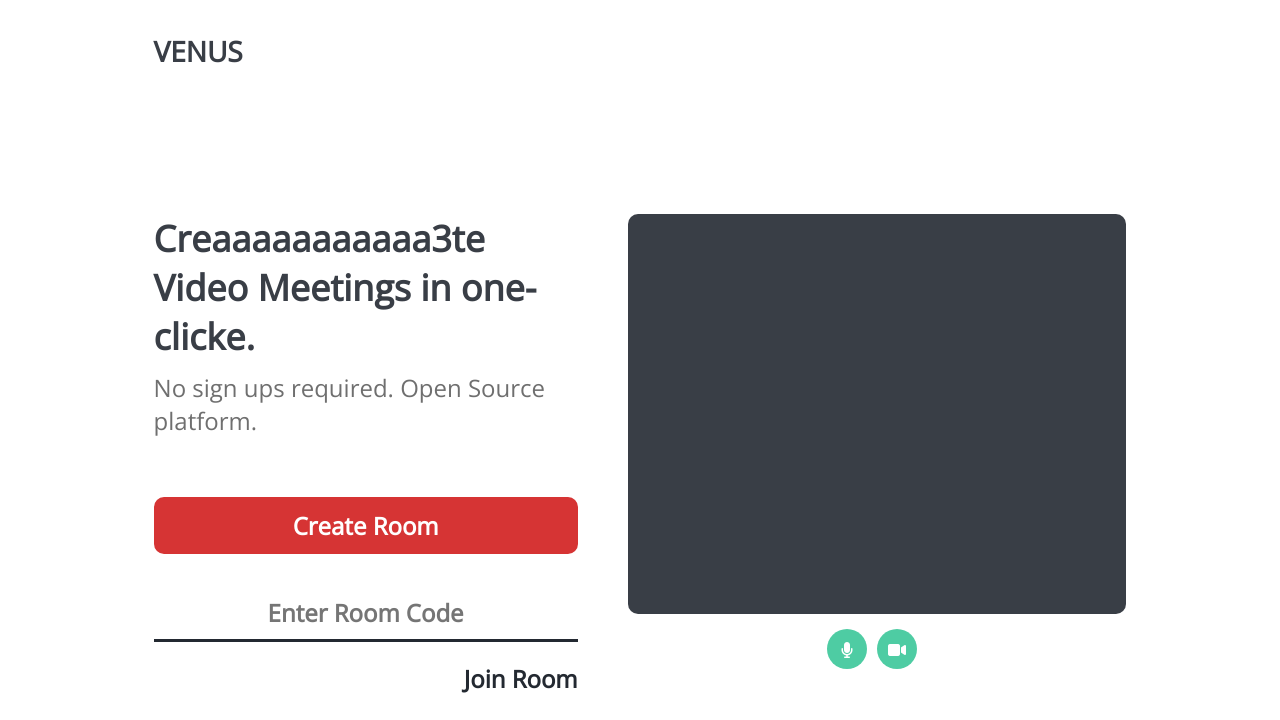
Repository: andrealepori/Venus
Page: public/index.html
These files come from the project's save history. The page is drawn as it stood at one moment and after the next save; the edit follows.
The browser window is 1280 px wide. The pictures show the whole page.
Some web libraries are served in a nearby version.

Above is the page before, as saved 2021-08-17 17:51:50.

After the next save:
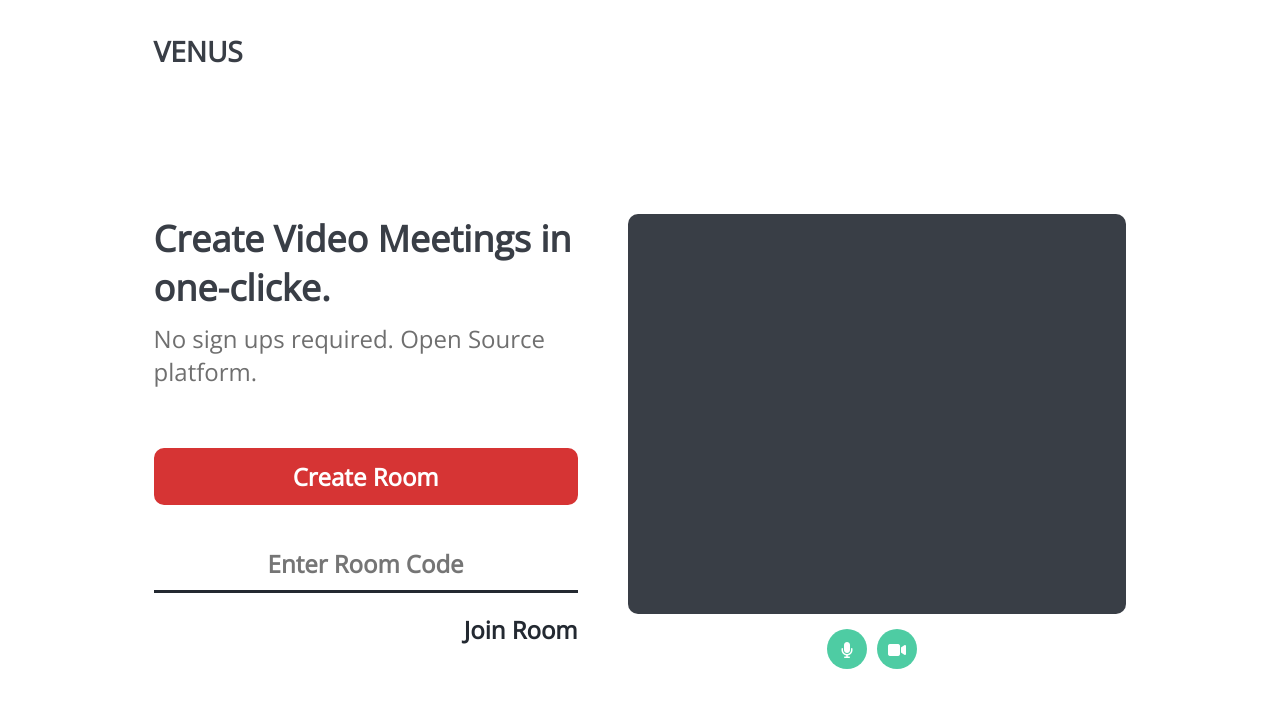
Saved 16 h 28 min later.
--- a/public/index.html
+++ b/public/index.html
@@ -23,7 +23,7 @@
     <div class="main">
         <div class="create-join">
             <div class="text">
-                <div class="head">Creaaaaaaaaaaa3te Video Meetings in one-clicke.</div>
+                <div class="head">Create Video Meetings in one-clicke.</div>
                 <div class="subtext">No sign ups required. Open Source platform.</div>
             </div>
             <button id="createroom" class="createroom-butt unselectable">Create Room</button><br>
